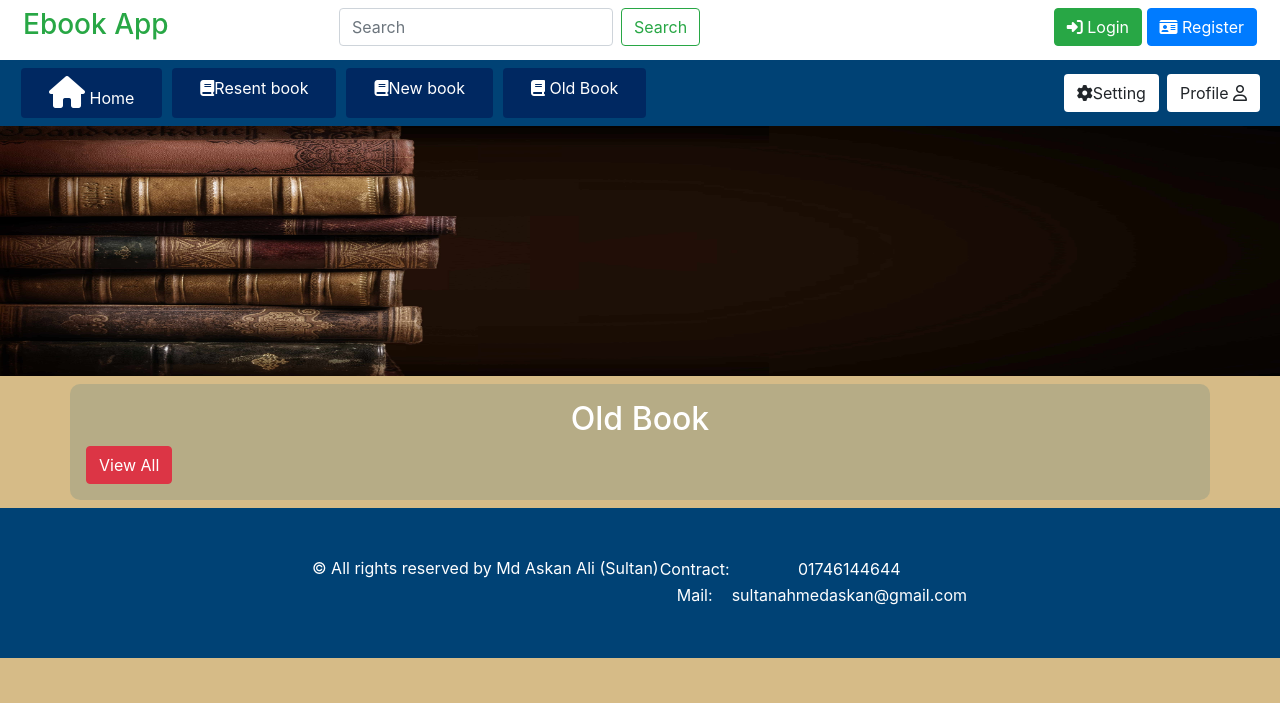
Repository: sultanaskan/EbookApp
Page: http://localhost/ebook/oldbook.jsp
These files come from the project's save history. The page is drawn as it stood at one moment and after the next save; the edit follows.
The browser window is 1280 px wide. The pictures show the whole page.
The page is served by Tomcat 9. Other server files are loaded and not shown. Queries for data that is not in the repository find no rows.

Above is the page before, as saved 2024-05-06 07:20:49.

### ebook/src/main/webapp/oldbook.jsp
<%@page import="com.entity.Book"%>
<%@page import="java.util.List"%>
<%@page import="com.entity.Cart"%>
<%@page import="com.DAO.DBconn"%>
<%@ page language="java" contentType="text/html; charset=UTF-8"
	pageEncoding="UTF-8"%>



<!DOCTYPE html>
<html>
<head>
<meta charset="UTF-8">
<title>Old Book:</title>
<%@include file="components/allcss.jsp"%>


</head>
<body>
	<%@include file="components/navbar.jsp"%>
	<img style="height: 250px; width: 100%" alt="benner"
		src="components/img/ben.png">

	<!-- Old Book -->
		<div class="container my-2 p-3 resentbook">
		<h2 class="text-white text-center">Old Book</h2>
		<div class="row justify-content-center text-center">



			<%
			HttpSession se = request.getSession();
			user u = (user) se.getAttribute("logedin");
			System.out.println("User Loged User id: " + u);
			DAOImpl dao = new DAOImpl(conn);
			List<Book> ne = dao.getOldBook();

			for (Book b : ne) {
			%>
			<div class="col-lg-3 col-md-4 col-sm-6 my-2">
				<div class="card">
					<div class="card-body">
						<img class="gcardbook" alt="book" src="books/<%=b.getFile()%>">
						<p>
							Book Name:
							<%=b.getName()%>
							<br> Author Name:<%=b.getAuthor()%>
							<br> Categories:
							<%=b.getCat()%>
						</p>
						<div class="row text-center justify-content-center">
							<c:if test="${not empty logedin  }">
								<%
								Cart c = dao.chackCartByUB(b.getBid(), u.getUid());
								if (c != null) {
								%>
								<a class="disabled btn btn-danger btn-sm m-1">Add Card</a>

								<%
								} else if( c==null){
								%>

								<a
									href="addcartservlet?bid=<%=b.getBid()%>&uid=<%=u.getUid()%>&bname=<%=b.getName()%>&author=<%=b.getAuthor()%>&price=<%=b.getPrice()%>&address=<%=u.getAddress()%>&phone=<%=u.getPhone()%>&email=<%=b.getEmail()%>"
									class="btn btn-danger btn-sm m-1">Add Card</a>
								<%
								}
								%>
							</c:if>

							<c:if test="${empty logedin }">

								<a href="login.jsp" class=" btn btn-danger btn-sm m-1">Add
									Card</a>
							</c:if>
							<a href="viewdetails.jsp?bid=<%=b.getBid()%>
								class="btn btn-primary btn-sm m-1">View Details</a>
								<a
								class="btn btn-success btn-sm m-1"><%=b.getPrice() %></a>
						</div>
					</div>
				</div>
			</div>
			<%
			}
			%>



		</div>
		<a class="self-align-center  y-2 btn btn-danger">View All</a>
	</div>










	<%@include file="components/footer.jsp"%>
</body>
</html>

### ebook/src/main/webapp/components/allcss.jsp
<script
	src="https://cdn.jsdelivr.net/npm/jquery@3.5.1/dist/jquery.slim.min.js"></script>
<script
	src="https://cdn.jsdelivr.net/npm/popper.js@1.16.1/dist/umd/popper.min.js"></script>
<script
	src="D:/All projects/java web/EbookApp/src/main/webapp/components/bootstrap-4.6.2-dist/js/bootstrap.min.js"></script>

<link rel="stylesheet"
	href="https://cdn.jsdelivr.net/npm/bootstrap@4.6.2/dist/css/bootstrap.min.css">
<script
	src="https://cdn.jsdelivr.net/npm/bootstrap@4.6.2/dist/js/bootstrap.bundle.min.js"></script>
<link rel="stylesheet"
	href="https://cdnjs.cloudflare.com/ajax/libs/font-awesome/6.4.2/css/all.min.css" />

<link rel="stylesheet" href="components/style.css">

### ebook/src/main/webapp/components/navbar.jsp
<%@page import="java.sql.Connection"%>
<%@page import="com.db.Database"%>
<%@page import="com.entity.user"%>
<%@page import="com.DAO.DAOImpl"%>
<%@page import="com.DAO.DBconn"%>
<%@include file="jstl.jsp" %>


<% Connection conn =new Database().Dbconn(); %>


<div class="container-fluid bg-white  " style="min-height: 60px">
	<div class="row p-2">
		<div class="col-md-3">
			<h3 class="text-success float-left">Ebook App</h3>
		</div>
		<div class=" col-md-5">
			<form class="form-inline my-2 my-lg-0">
				<input class="form-control mr-sm-2" type="search"
					placeholder="Search" aria-label="Search">
				<button class="btn btn-outline-success my-2 my-sm-0" type="submit">Search</button>
			</form>
		</div>

		<c:if test="${not empty  logedin }">
			<div class="col-md-4  text-right">
				<a href="profile.jsp" class="btn btn-primary "><i
					class="fa-regular fa-user"></i> Profile</a>
				<button data-toggle="modal" data-target="#exampleModal"
					class="btn btn-danger ">
					<i class="fa-solid fa-right-from-bracket"></i> Logout
				</button>
			</div>
		</c:if>

		<c:if test="${empty logedin}">
			<div class="col-md-4  text-right">
				<a href="login.jsp" class="btn btn-success "><i
					class="fa-solid fa-right-to-bracket "></i> Login</a> <a
					href="register.jsp" class="btn btn-primary "><i
					class="fa-solid fa-id-card"></i> Register</a>
			</div>
		</c:if>


	</div>
</div>



<nav class="navbar navbar-expand-lg navbar-dark  sticky-top"
	style="background: #004275">
	<button class="navbar-toggler" type="button" data-toggle="collapse"
		data-target="#navbarSupportedContent"
		aria-controls="navbarSupportedContent" aria-expanded="false"
		aria-label="Toggle navigation">
		<span class="navbar-toggler-icon"></span>
	</button>
	<div class="row collapse navbar-collapse" id="navbarSupportedContent">
		<div class=" col-md-7 float-left ">
			<ul class="navbar-nav mr-auto">
				<li class="nav-item active"><a class="nav-link"
					href="index.jsp"> <i class="fa-solid fa-house fa-2x"></i> Home
				</a></li>
				<li class="nav-item active"><a class="nav-link"
					href="resentbook.jsp"> <i class="fa-solid fa-book"></i>Resent
						book
				</a></li>
				<li class="nav-item  active"><a class="nav-link"
					href="newbook.jsp"> <i class="fa-solid fa-book"></i>New book
				</a></li>
				<li class="nav-item active"><a class="nav-link "
					href="oldbook.jsp"> <i class="fa-solid fa-book"></i> Old Book
				</a></li>
			</ul>
		</div>

		<div class="col-md-5 ">
			<a class=" float-right btn bg-white mx-1" href="#">Profile <i
				class="fa-regular fa-user"></i>
			</a> <a href="setting.jsp" class=" float-right btn bg-white mx-1"
				href="#"><i class="fa-solid fa-gear"></i>Setting </a>




			<c:if test="${not empty logedin }">

				<%
				DAOImpl daoNav = new DAOImpl(conn);
				user uNav = (user) session.getAttribute("logedin");
				int uidNav = uNav.getUid();
				int totalCarts = daoNav.getCartsCountByUid(uidNav);
				System.out.println("total Carts is: " + totalCarts);
				%>

				<a href="cart.jsp" class="float-right  btn bg-white mx-1"
					href="#"> <i class="fa-solid fa-cart-arrow-down"></i> <sup
					style="font-size: 15px; width: 250px"
					class="bg-danger rounded text-white"> <%=totalCarts%>
				</sup>
				</a>
			</c:if>


		</div>

	</div>
</nav>





<!-- Modal -->
<div class="modal fade" id="exampleModal" tabindex="-1"
	aria-labelledby="exampleModalLabel" aria-hidden="true">
	<div class="modal-dialog">
		<div class="modal-content">
			<div class="modal-header">
				<h5 class="modal-title" id="exampleModalLabel">warning !</h5>
				<button type="button" class="close" data-dismiss="modal"
					aria-label="Close">
					<span aria-hidden="true">&times;</span>
				</button>
			</div>
			<div class="modal-body">Are you sure you want to logout?</div>
			<div class="modal-footer">
				<button type="button" class="btn btn-secondary" data-dismiss="modal">No</button>
				<a href="Logout" type="button" class="btn btn-primary">Yes</a>
			</div>
		</div>
	</div>
</div>

### ebook/src/main/webapp/components/jstl.jsp
<%@ taglib prefix = "c" uri = "http://java.sun.com/jsp/jstl/core" %>
<%@  page isELIgnored="false" %>

### ebook/src/main/webapp/components/footer.jsp
<div class="container-fluid  text-center " style="height:150px; background:#004275">
	<div class="row text-center text-white pt-5 justify-content-center">

		<tr> <td>
		&copy All rights reserved by Md Askan Ali (Sultan)
		</td>
		</tr>
		<table>

		<tr>
		<td>Contract: </td>
		<td>01746144644</td>
		</tr>
		<tr>
		<td>Mail: </td>
		<td>sultanahmedaskan@gmail.com</td>
		</tr>
		</table>
	</div>
</div>

### ebook/src/main/java/com/db/Database.java
package com.db;

import java.sql.Connection;
import java.sql.DriverManager;
import java.sql.SQLException;

public class Database{






	public Database() {
		super();
		// TODO Auto-generated constructor stub
	}

	public Connection Dbconn() {
		// TODO Auto-generated method stub
		Connection conn  = null;
		String url= "jdbc:mysql://localhost:3306/ebook";
		String user= "root";
		String password= "";

		try {
			Class.forName("com.mysql.cj.jdbc.Driver");
		} catch (ClassNotFoundException e) {
			// TODO Auto-generated catch block
			e.printStackTrace();
		}

		try {

			conn = DriverManager.getConnection(url,user, password);
		} catch (SQLException e) {
			// TODO Auto-generated catch block
			e.printStackTrace();
		}

		return conn;
	}


}

### ebook/src/main/java/com/DAO/DAO.java
package com.DAO;

import java.util.ArrayList;


import com.entity.*;
import java.util.List;

public abstract class DAO {
	public abstract boolean RegisterUser(user u);
	public abstract user getUserByEP(String E, String p);
	public abstract boolean addNewBook(Book b);
	public abstract boolean updateBook(Book b);
	public abstract List<Book> getAllBook();
	public abstract List<Book> getRsentBook();
	public abstract List<Book> getNewBook();
	public abstract List<Book> getOldBook();
	public abstract List<Cart> getCartsByU(int uid);
	public abstract Book getBookById(int id);
	public abstract boolean removeBookById(int id);
	public abstract boolean addCart(Cart c);
	public abstract Cart chackCartByUB(int bid, int uid);
	public abstract boolean RemoveCartbyId(int cid);
	public abstract double getTotalAmount(int uid);
	public abstract int getCartsCountByUid(int uid);
	public abstract boolean saveOrder(Order o);

}

### ebook/src/main/java/com/DAO/DAOImpl.java
package com.DAO;

import java.sql.Connection;
import java.sql.PreparedStatement;
import java.sql.ResultSet;
import java.util.ArrayList;
import java.util.List;

import com.entity.Book;
import com.entity.Cart;
import com.entity.Order;
import com.entity.user;

public class DAOImpl extends DAO {
	private Connection conn;

	public DAOImpl(Connection conn) {
		super();
		this.conn = conn;
	}

	@Override
	public boolean RegisterUser(user u) {
		boolean f = false;
		try {
			String sql = "insert into user(name, email, phone, password, address, city, state, zip) values(?,?,?,?,?,?,?,?)";
			PreparedStatement ps = conn.prepareStatement(sql);
			ps.setString(1, u.getName());
			ps.setString(2, u.getEmail());
			ps.setString(3, u.getPhone());
			ps.setString(4, u.getPassword());
			ps.setString(5, u.getAddress());
			ps.setString(6, u.getCity());
			ps.setString(7, u.getState());
			ps.setString(8, u.getZip());

			boolean r = ps.execute();

			if (r == false) {
				f = true;
			}

		} catch (Exception e) {
			e.printStackTrace();
		}
		return f;
	}

	@Override
	public user getUserByEP(String E, String P) {
		user u = null;
		try {
			String sql = "select * from `ebook`.user where email= ? and password = ?";
			PreparedStatement ps = conn.prepareStatement(sql);
			ps.setString(1, E);
			ps.setString(2, P);

			ResultSet re = ps.executeQuery();
			while (re.next()) {
				u = new user();
				u.setUid(re.getInt(1));
				u.setName(re.getString(2));
				u.setEmail(re.getString(3));
				u.setPhone(re.getString(4));
				u.setPassword(re.getString(5));
				u.setAddress(re.getString(6));
				u.setCity(re.getString(7));
				u.setState(re.getString(8));
				u.setState(re.getString(9));
				u.setPhoto(re.getString(10));
				u.setRole(re.getString(11));

			}

		} catch (Exception e) {
			e.printStackTrace();
		}

		return u;
	}

	@Override
	public boolean addNewBook(Book b) {
		boolean r = false;
		try {
			String sql = "insert into books(name, author, price, cat, status, photo, email) values(?,?,?,?,?,?,?)";
			PreparedStatement ps = conn.prepareStatement(sql);

			ps.setString(1, b.getName());
			ps.setString(2, b.getAuthor());
			ps.setDouble(3, b.getPrice());
			ps.setString(4, b.getCat());
			ps.setString(5, b.getStatus());
			ps.setString(6, b.getFile());
			ps.setString(7, b.getEmail());

			boolean f = ps.execute();
			if (f == false) {
				r = true;
			}

		} catch (Exception e) {
			e.printStackTrace();
		}

		return r;
	}

	@Override
	public boolean updateBook(Book b) {
		boolean r = false;
		try {
			String sql = "update  books set name =?, author=?, price=?, cat=?, status=? where bid = ?";
			PreparedStatement ps = conn.prepareStatement(sql);

			ps.setString(1, b.getName());
			ps.setString(2, b.getAuthor());
			ps.setDouble(3, b.getPrice());
			ps.setString(4, b.getCat());
			ps.setString(5, b.getStatus());
			ps.setInt(6, b.getBid());

			int f = ps.executeUpdate();
			if (f == 1) {
				r = true;
			}

		} catch (Exception e) {
			e.printStackTrace();
		}

		return r;
	}

	@Override
	public List<Book> getAllBook() {
		List<Book> list = new ArrayList<>();
		Book b = null;

		try {
			String sql = "select * from books";
			PreparedStatement bs = conn.prepareStatement(sql);

			ResultSet re = bs.executeQuery();
			while (re.next()) {
				b = new Book();
				b.setBid(re.getInt(1));
				b.setName(re.getString(2));
				b.setAuthor(re.getString(3));
				b.setPrice(re.getDouble(4));
				b.setCat(re.getString(5));
				b.setStatus(re.getString(6));
				b.setFile(re.getString(7));
				b.setEmail(re.getString(8));

				list.add(b);
			}

		} catch (Exception e) {
			e.printStackTrace();
		}

		return list;
	}

	@Override
	public Book getBookById(int id) {
		Book b = null;

		try {
			String sql = "select * from books Where bid= ?";
			PreparedStatement bs = conn.prepareStatement(sql);
			bs.setInt(1, id);

			ResultSet re = bs.executeQuery();

			while (re.next()) {
				b = new Book();
				b.setBid(re.getInt(1));
				b.setName(re.getString(2));
				b.setAuthor(re.getString(3));
				b.setPrice(re.getDouble(4));
				b.setCat(re.getString(5));
				b.setStatus(re.getString(6));
				b.setFile(re.getString(7));
				b.setEmail(re.getString(8));

			}

		} catch (Exception e) {
			e.printStackTrace();
		}

		return b;
	}

	@Override
	public List<Book> getRsentBook() {
		List<Book> list = new ArrayList<>();
		Book b = null;

		try {
			String sql = "select * from books where status=? order by bid desc";
			PreparedStatement ps = conn.prepareStatement(sql);
			ps.setString(1, "Active");

			ResultSet re = ps.executeQuery();
			while (re.next()) {
				b = new Book();
				b.setBid(re.getInt(1));
				b.setName(re.getString(2));
				b.setAuthor(re.getString(3));
				b.setPrice(re.getDouble(4));
				b.setCat(re.getString(5));
				b.setStatus(re.getString(6));
				b.setFile(re.getString(7));
				b.setEmail(re.getString(8));

				list.add(b);
			}

		} catch (Exception e) {
			e.printStackTrace();
		}

		return list;
	}

	@Override
	public List<Book> getNewBook() {
		List<Book> list = new ArrayList<>();
		Book b = null;

		try {
			String sql = "select * from books where status=? and cat=? ";
			PreparedStatement ps = conn.prepareStatement(sql);
			ps.setString(1, "Active");
			ps.setString(2, "New");

			ResultSet re = ps.executeQuery();
			while (re.next()) {
				b = new Book();
				b.setBid(re.getInt(1));
				b.setName(re.getString(2));
				b.setAuthor(re.getString(3));
				b.setPrice(re.getDouble(4));
				b.setCat(re.getString(5));
				b.setStatus(re.getString(6));
				b.setFile(re.getString(7));
				b.setEmail(re.getString(8));

				list.add(b);
			}

		} catch (Exception e) {
			e.printStackTrace();
		}

		return list;
	}

	@Override
	public List<Book> getOldBook() {
		List<Book> list = new ArrayList<>();
		Book b = null;

		try {
			String sql = "select * from books where status=? and cat=? ";
			PreparedStatement ps = conn.prepareStatement(sql);
			ps.setString(1, "Active");
			ps.setString(2, "Old");

			ResultSet re = ps.executeQuery();
			while (re.next()) {
				b = new Book();
				b.setBid(re.getInt(1));
				b.setName(re.getString(2));
				b.setAuthor(re.getString(3));
				b.setPrice(re.getDouble(4));
				b.setCat(re.getString(5));
				b.setStatus(re.getString(6));
				b.setFile(re.getString(7));
				b.setEmail(re.getString(8));

				list.add(b);
			}

		} catch (Exception e) {
			e.printStackTrace();
		}

		return list;
	}

	@Override
	public boolean removeBookById(int id) {
		boolean r = false;
		try {
			String sql = "delete from books where bid=?";
			PreparedStatement ps = conn.prepareStatement(sql);
			ps.setInt(1, id);

			int i = ps.executeUpdate();
			if (i == 1) {
				r = true;
			}

		} catch (Exception e) {
			e.printStackTrace();
		}

		return r;
	}

	@Override
	public boolean addCart(Cart c) {
		boolean r = false;
		try {
			String sql = "insert into carts(bid, uid, bookname,author, price, address, phone,email) values(?,?,?,?,?,?,?,?)";
			PreparedStatement ps = conn.prepareStatement(sql);
			ps.setInt(1, c.getBid());
			ps.setInt(2, c.getUid());
			ps.setString(3, c.getBname());
			ps.setString(4, c.getAuthor());
			ps.setDouble(5, c.getPrice());
			ps.setString(6, c.getAddress());
			ps.setString(7, c.getPhone());
			ps.setString(8, c.getEmail());

			boolean f = ps.execute();
			if (f == false) {
				r = true;
			}

		} catch (Exception e) {
			e.printStackTrace();
		}
		return r;
	}

	@Override
	public Cart chackCartByUB(int bid, int uid) {
		Cart c = null;
		try {
			String sql = "select * from carts where bid=? and uid=?";
			PreparedStatement ps = conn.prepareStatement(sql);
			ps.setInt(1, bid);
			ps.setInt(2, uid);

			ResultSet re = ps.executeQuery();
			boolean i = re.next();
			while (re.next()) {
				c = new Cart();
				c.setCid(re.getInt(1));
				c.setBid(re.getInt(2));
				c.setUid(re.getInt(3));
				c.setBname(re.getString(4));
				c.setPrice(re.getDouble(5));
				c.setAddress(re.getString(6));
				c.setPhone(re.getString(7));
				c.setEmail(re.getString(8));
			}

		} catch (Exception e) {
			e.printStackTrace();
			;
		}

		return c;
	}

	@Override
	public List<Cart> getCartsByU(int uid) {
		List<Cart> list = new ArrayList<>();
		Cart c = null;

		try {
			String sql = "select * from carts where uid=?";
			PreparedStatement ps = conn.prepareStatement(sql);
			ps.setInt(1, uid);

			ResultSet re = ps.executeQuery();
			while (re.next()) {
				c = new Cart();
				c.setCid(re.getInt(1));
				c.setBid(re.getInt(2));
				c.setUid(re.getInt(3));
				c.setBname(re.getString(4));
				c.setAuthor(re.getString(5));
				c.setPrice(re.getDouble(6));
				c.setAddress(re.getString(7));
				c.setPhone(re.getString(8));
				c.setEmail(re.getString(9));

				list.add(c);
			}

		} catch (Exception e) {
			e.printStackTrace();
		}

		return list;

	}

	@Override
	public boolean RemoveCartbyId(int cid) {
		boolean r = false;
		try {
			String sql = "delete from carts where cid=?";
			PreparedStatement ps = conn.prepareStatement(sql);
			ps.setInt(1, cid);

			int i = ps.executeUpdate();
			if (i == 1) {
				r = true;
			}

		} catch (Exception e) {
			e.printStackTrace();
		}
		return r;
	}

	@Override
	public double getTotalAmount(int uid) {
		double total = 00.0;
		try {
			String sql = "select * from carts where uid = ?";

			PreparedStatement ps = conn.prepareStatement(sql);
			ps.setInt(1, uid);
			ResultSet re = ps.executeQuery();

			while (re.next()) {
				total = total + re.getInt(6);
			}

		} catch (Exception e) {
			e.printStackTrace();
		}
		return total;
	}

	@Override
	public int getCartsCountByUid(int uid) {
		int cartsCount = 0;

		try {
			String sql = "select * from carts where uid = ?";

			PreparedStatement ps = conn.prepareStatement(sql);
			ps.setInt(1, uid);
			ResultSet re = ps.executeQuery();

			while (re.next()) {
				cartsCount++;
			}

		} catch (Exception e) {
			e.printStackTrace();
		}

		return cartsCount;
	}

	@Override
	public boolean saveOrder(Order o) {
		// TODO Auto-generated method stub
		boolean r = false;
		String sql = "insert into order values(o_id, c_id, b_id, s_id)";
		try {
			PreparedStatement ps = conn.prepareStatement(sql);
			ps.setInt(1, o.getO_id());
			ps.setInt(2, o.getC_id());
			ps.setInt(3, o.getB_id());
			ps.setInt(4, o.getS_id());
			r= ps.execute();


		} catch (Exception e) {
			// TODO: handle exception
			e.printStackTrace();
		}
		return false;
	}

}

### ebook/src/main/webapp/components/style.css

body{
	background-color:#D6BB87;
}
.gcardbook{
	height: 135px;
	width: 100px;
}
.resentbook{
	background-color: rgba(132, 151, 134,0.4);
	border-radius: 10px;
}

.newbook{
	background-color: rgba(148, 124, 145,0.4);
	border-radius: 10px;
}

.oldbook{
	background-color: rgba(155, 152, 130,.4);
	border-radius: 10px;
}
.card {
	background-color: rgba(255, 255, 223,0.3);
	transition: 1s ease-in-out ;
}
.card{
	background-color: white;
}

.navbar ul li{
	padding-left: 20px;
	padding-right: 20px;
	background-color: rgba(0, 0, 68, .4);
	border-radius: 4px;
	margin-right: 5px;
	margin-left: 5px;
}

.navbar ul li:hover {
	background-color:rgb(128, 0, 128);
	transition: .3s ease-in-out;
	color:rgb(0, 0, 64) !important;
	border-radius: 4px;

}

After the next save:
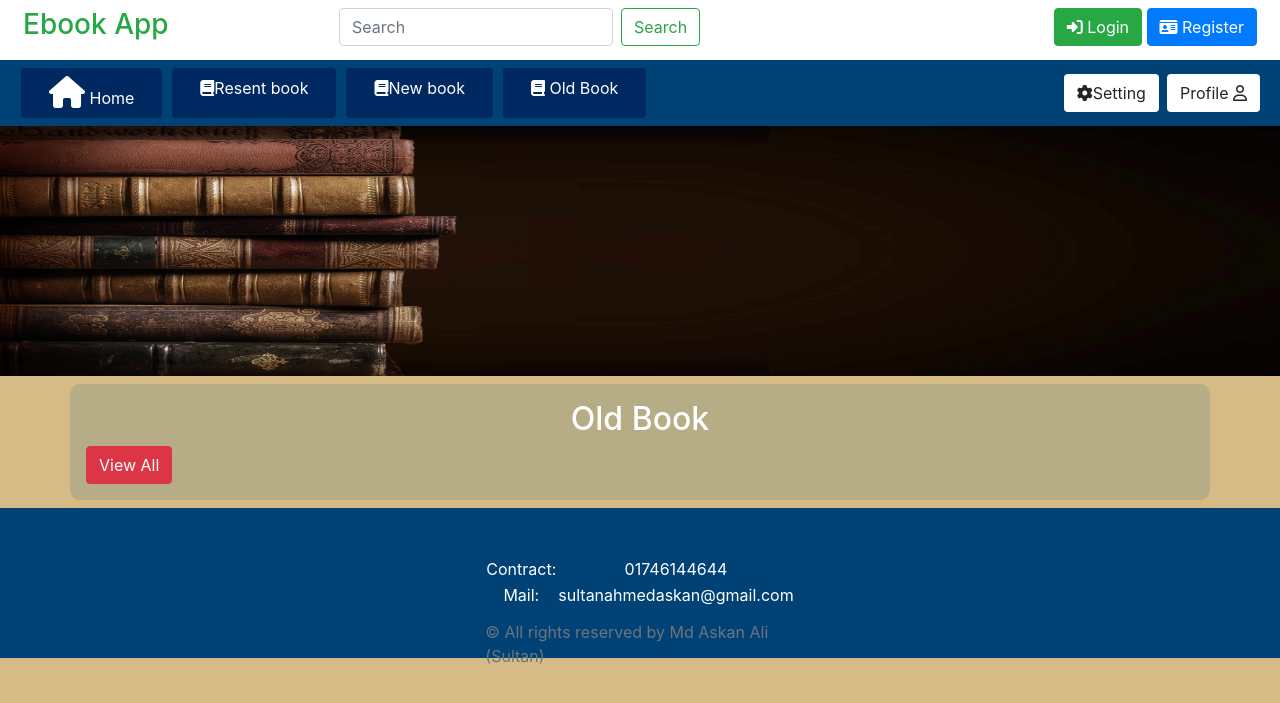
Saved 24 s later.
--- a/ebook/src/main/webapp/components/footer.jsp
+++ b/ebook/src/main/webapp/components/footer.jsp
@@ -1,11 +1,9 @@
 <div class="container-fluid  text-center " style="height:150px; background:#004275">
 	<div class="row text-center text-white pt-5 justify-content-center">
 
-		<tr> <td>
-		&copy All rights reserved by Md Askan Ali (Sultan)
-		</td>
-		</tr>
+
 		<table>
+		<caption>&copy All rights reserved by Md Askan Ali (Sultan)</caption>
 
 		<tr>
 		<td>Contract: </td>
